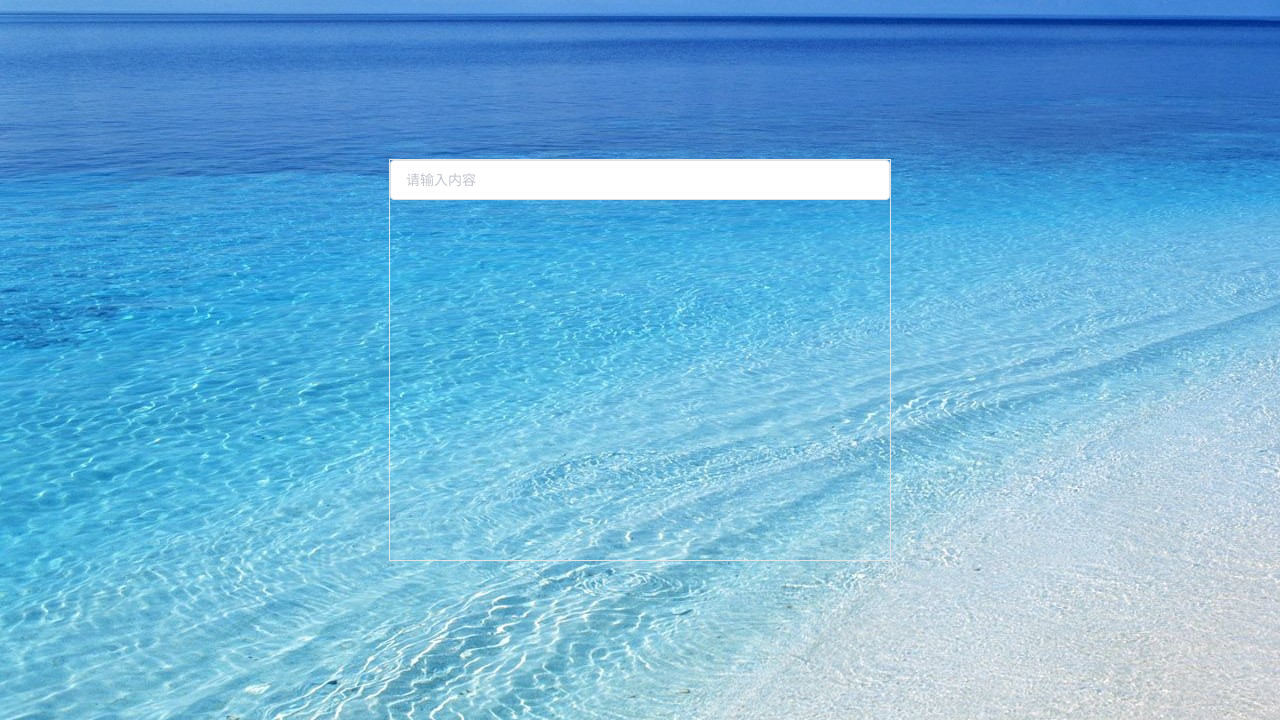
Repository: jinggegeZ/livechat
Page: /login
These files come from the project's save history. The page is drawn as it stood at one moment and after the next save; the edit follows.
The browser window is 1280 px wide. The pictures show the whole page.
The project was rebuilt for these pictures with package versions that can differ from the ones it lists, and the page was loaded fresh each time. Also part of the build but not shown: src/views/Home.vue.

Above is the page before, as saved 2020-08-17 15:05:21.

After the next save:
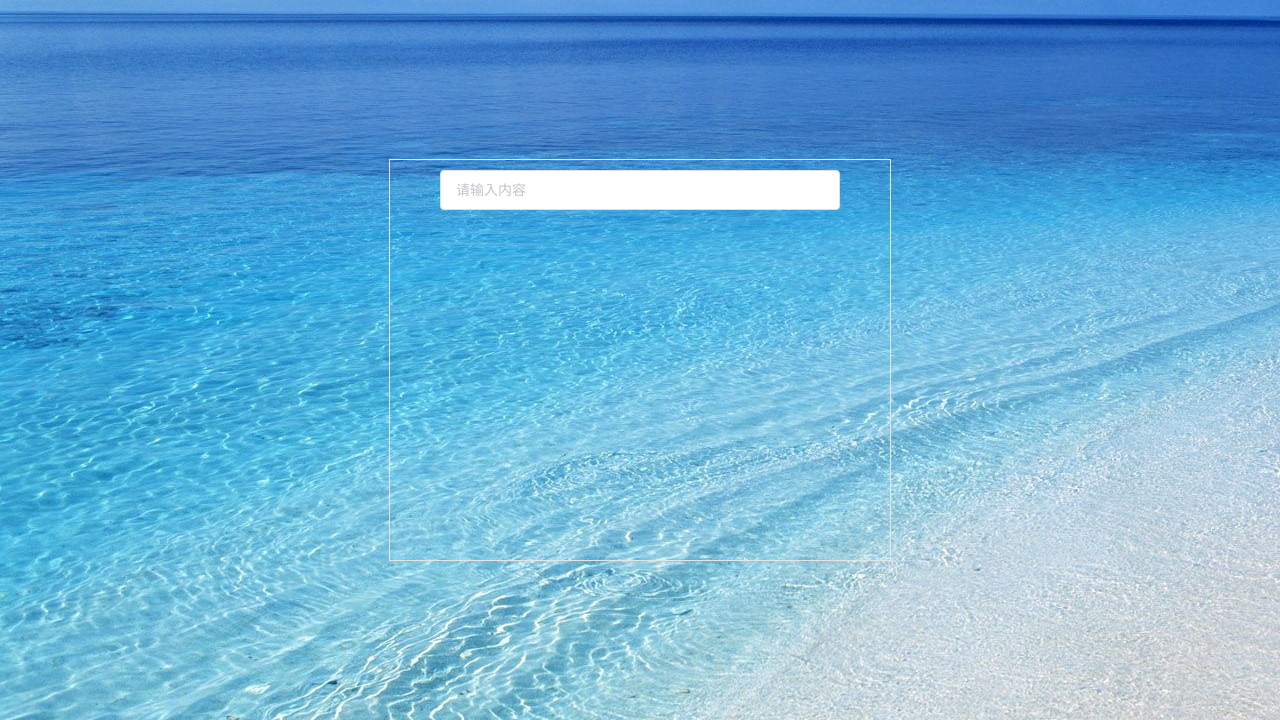
Saved 84 s later.
--- a/src/views/login.vue
+++ b/src/views/login.vue
@@ -4,7 +4,7 @@
           <div class="loginbox">
           <!-- 用户名 -->
           <div class="input">
-            <div><el-input v-model="username" placeholder="请输入内容"></el-input></div>
+            <div class="inputbox"><el-input v-model="username" placeholder="请输入内容"></el-input></div>
           </div>
           <!-- 选择头像 -->
           <div></div>
@@ -64,6 +64,12 @@
 .input {
   width: 100%;
   height: 80px;
-
+  display: flex;
+  justify-content: center;
+  align-items: center;
+}
+.inputbox {
+  width: 80%;
+  height: 60px;
 }
 </style>
